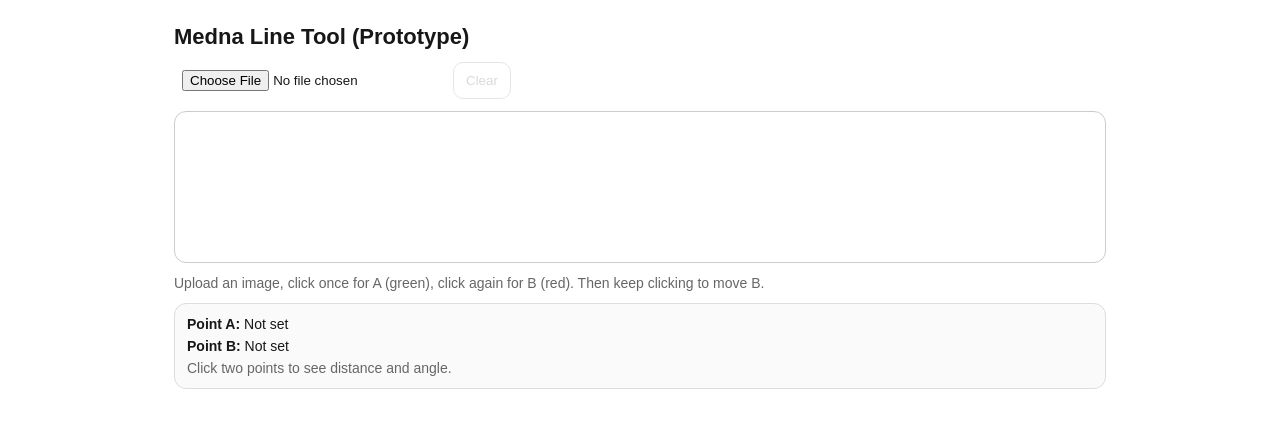
Repository: Sumaiya43/medna-tools
Page: /
An editor plug-in stored every save of this project. The page is shown before and after the next save, followed by the edit.
The browser window is 1280 px wide. The pictures show the whole page.
The project was rebuilt for these pictures with package versions that can differ from the ones it lists, and the page was loaded fresh each time. The framework's server and built-in components were replaced by stand-ins that run in the browser. Also part of the build but not shown: next.config.mjs.

Above is the page before, as saved 2026-02-26 02:59:08.

### src/app/layout.js
import { Geist, Geist_Mono } from "next/font/google";
import "./globals.css";

const geistSans = Geist({
  variable: "--font-geist-sans",
  subsets: ["latin"],
});

const geistMono = Geist_Mono({
  variable: "--font-geist-mono",
  subsets: ["latin"],
});

export const metadata = {
  title: "Medna Medical Equipment",
  description:
    "Medna Medical Equipment is a leading provider of high-quality medical equipment and supplies. We offer a wide range of products to meet the needs of healthcare professionals and institutions. Our commitment to excellence and customer satisfaction sets us apart in the industry.",
};

export default function RootLayout({ children }) {
  return (
    <html lang="en">
      <body className={`${geistSans.variable} ${geistMono.variable}`}>
        {children}
      </body>
    </html>
  );
}

### src/app/page.js
"use client";

import { useRef, useState } from "react";
import styles from "./page.module.css";

export default function Home() {
  const canvasRef = useRef(null);

  const [imgObj, setImgObj] = useState(null);
  const [A, setA] = useState(null);
  const [B, setB] = useState(null);

  // ✅ Fix click mismatch when canvas is scaled by CSS
  function getCanvasPoint(e) {
    const canvas = canvasRef.current;
    const rect = canvas.getBoundingClientRect();

    const scaleX = canvas.width / rect.width;
    const scaleY = canvas.height / rect.height;

    const x = (e.clientX - rect.left) * scaleX;
    const y = (e.clientY - rect.top) * scaleY;

    return { x, y };
  }

  // ✅ Draw image + dots + line
  function draw(image, a, b) {
    const canvas = canvasRef.current;
    if (!canvas) return;

    const ctx = canvas.getContext("2d");
    if (!ctx) return;

    canvas.width = image.width;
    canvas.height = image.height;

    ctx.clearRect(0, 0, canvas.width, canvas.height);
    ctx.drawImage(image, 0, 0);

    const dotSize = 12; // ✅ Bigger dots

    // Draw A dot (green)
    if (a) {
      ctx.beginPath();
      ctx.arc(a.x, a.y, dotSize, 0, Math.PI * 2);
      ctx.fillStyle = "#00b16a";
      ctx.fill();
    }

    // Draw B dot (red)
    if (b) {
      ctx.beginPath();
      ctx.arc(b.x, b.y, dotSize, 0, Math.PI * 2);
      ctx.fillStyle = "#ff4d4d";
      ctx.fill();
    }

    // Draw line A->B (gold)
    if (a && b) {
      ctx.beginPath();
      ctx.moveTo(a.x, a.y);
      ctx.lineTo(b.x, b.y);
      ctx.lineWidth = 4;
      ctx.strokeStyle = "#FFD166";
      ctx.stroke();
    }
  }

  function handleUpload(e) {
    const file = e.target.files?.[0];
    if (!file) return;

    const url = URL.createObjectURL(file);

    const image = new Image();
    image.onload = () => {
      setImgObj(image);
      setA(null);
      setB(null);
      draw(image, null, null);
    };
    image.src = url;
  }

  // ✅ No reset on 3rd click:
  // - click 1 sets A
  // - click 2 sets B
  // - after that, each click moves B (adjust end point)
  function handleCanvasClick(e) {
    if (!imgObj) return;

    const p = getCanvasPoint(e);

    if (!A) {
      setA(p);
      draw(imgObj, p, null);
      return;
    }

    if (!B) {
      setB(p);
      draw(imgObj, A, p);
      return;
    }

    // move B (do NOT reset)
    setB(p);
    draw(imgObj, A, p);
  }

  function clearAll() {
    if (!imgObj) return;
    setA(null);
    setB(null);
    draw(imgObj, null, null);
  }

  // calculations
  let distancePx = null;
  let angleDeg = null;

  if (A && B) {
    const dx = B.x - A.x;
    const dy = B.y - A.y;
    distancePx = Math.sqrt(dx * dx + dy * dy);
    angleDeg = (Math.atan2(dy, dx) * 180) / Math.PI;
  }

  return (
    <main className={styles.main}>
      <h1 className={styles.title}>Medna Line Tool (Prototype)</h1>

      <div className={styles.controls}>
        <input
          className={styles.upload}
          type="file"
          accept="image/*"
          onChange={handleUpload}
        />

        <button className={styles.btn} onClick={clearAll} disabled={!imgObj}>
          Clear
        </button>
      </div>

      <div className={styles.canvasBox}>
        <canvas
          ref={canvasRef}
          className={styles.canvas}
          onClick={handleCanvasClick}
        />
      </div>

      {!imgObj && (
        <p className={styles.note}>
          Upload an image, click once for A (green), click again for B (red).
          Then keep clicking to move B.
        </p>
      )}

      <div className={styles.infoBox}>
        <div>
          <b>Point A:</b>{" "}
          {A ? `${A.x.toFixed(1)}, ${A.y.toFixed(1)}` : "Not set"}
        </div>
        <div>
          <b>Point B:</b>{" "}
          {B ? `${B.x.toFixed(1)}, ${B.y.toFixed(1)}` : "Not set"}
        </div>

        {A && B ? (
          <>
            <div>
              <b>Distance:</b> {distancePx.toFixed(2)} px
            </div>
            <div>
              <b>Angle:</b> {angleDeg.toFixed(2)}°
            </div>
          </>
        ) : (
          <div className={styles.tip}>
            Click two points to see distance and angle.
          </div>
        )}
      </div>
    </main>
  );
}

### src/app/globals.css
:root {
  --background: #ffffff;
  --foreground: #171717;
}

@media (prefers-color-scheme: dark) {
  :root {
    --background: #f2efef;
    --foreground: #090808;
  }
}

html,
body {
  max-width: 100vw;
  overflow-x: hidden;
}

body {
  color: var(--foreground);
  background: var(--background);
  font-family: Arial, Helvetica, sans-serif;
  -webkit-font-smoothing: antialiased;
  -moz-osx-font-smoothing: grayscale;
}

* {
  box-sizing: border-box;
  padding: 0;
  margin: 0;
}

a {
  color: inherit;
  text-decoration: none;
}

@media (prefers-color-scheme: dark) {
  html {
    color-scheme: dark;
  }
}

### src/app/page.module.css
.main {
  max-width: 980px;
  margin: 0 auto;
  padding: 24px;
  font-family: Arial, sans-serif;
}

.title {
  margin: 0 0 12px;
  font-size: 22px;
}

.controls {
  display: flex;
  gap: 10px;
  align-items: center;
  margin-bottom: 12px;
}

.upload {
  padding: 8px;
}

.btn {
  padding: 10px 12px;
  border: 1px solid #ccc;
  border-radius: 10px;
  background: white;
  cursor: pointer;
}

.btn:disabled {
  opacity: 0.5;
  cursor: not-allowed;
}

.canvasBox {
  border: 1px solid #ccc;
  border-radius: 12px;
  overflow: auto;
  background: white;
}

.canvas {
  display: block;
  max-width: 100%;
  cursor: crosshair;
}

.note {
  margin-top: 12px;
  color: #666;
  font-size: 14px;
}

.infoBox {
  margin-top: 12px;
  padding: 12px;
  border: 1px solid #ddd;
  border-radius: 12px;
  background: #fafafa;
  display: grid;
  gap: 6px;
  font-size: 14px;
}

.tip {
  color: #666;
}

After the next save:
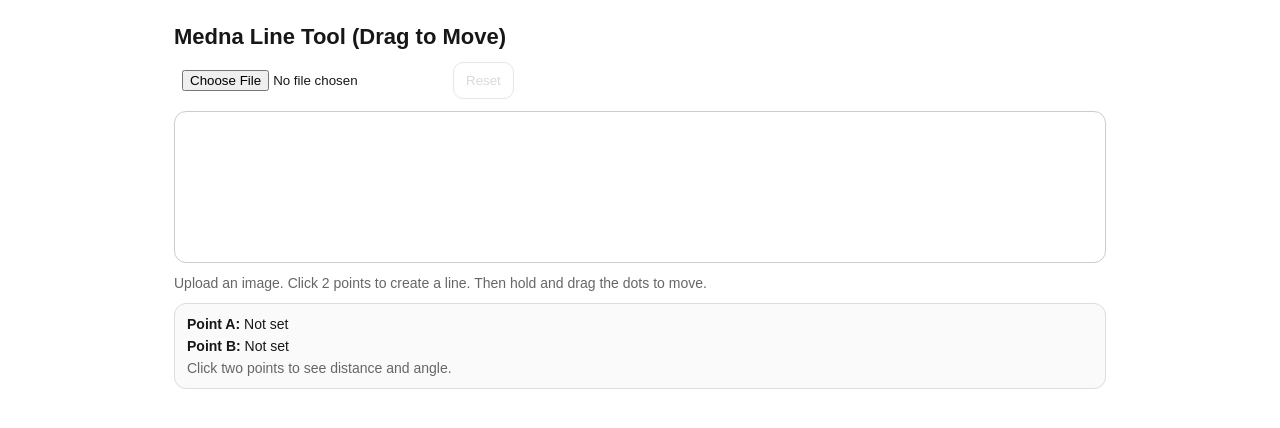
Saved 2 min 52 s later.
--- a/src/app/page.js
+++ b/src/app/page.js
@@ -9,6 +9,11 @@ export default function Home() {
   const [imgObj, setImgObj] = useState(null);
   const [A, setA] = useState(null);
   const [B, setB] = useState(null);
+
+  const [dragTarget, setDragTarget] = useState(null); // "A" | "B" | null
+
+  const dotSize = 12; // bigger dot (easy to grab)
+  const grabPadding = 6; // extra grab area
 
   // ✅ Fix click mismatch when canvas is scaled by CSS
   function getCanvasPoint(e) {
@@ -24,6 +29,19 @@ export default function Home() {
     return { x, y };
   }
 
+  // distance between two points
+  function dist(p1, p2) {
+    const dx = p1.x - p2.x;
+    const dy = p1.y - p2.y;
+    return Math.sqrt(dx * dx + dy * dy);
+  }
+
+  // check if user clicked close to a dot
+  function hitTest(point, dotCenter) {
+    if (!dotCenter) return false;
+    return dist(point, dotCenter) <= dotSize + grabPadding;
+  }
+
   // ✅ Draw image + dots + line
   function draw(image, a, b) {
     const canvas = canvasRef.current;
@@ -38,25 +56,7 @@ export default function Home() {
     ctx.clearRect(0, 0, canvas.width, canvas.height);
     ctx.drawImage(image, 0, 0);
 
-    const dotSize = 12; // ✅ Bigger dots
-
-    // Draw A dot (green)
-    if (a) {
-      ctx.beginPath();
-      ctx.arc(a.x, a.y, dotSize, 0, Math.PI * 2);
-      ctx.fillStyle = "#00b16a";
-      ctx.fill();
-    }
-
-    // Draw B dot (red)
-    if (b) {
-      ctx.beginPath();
-      ctx.arc(b.x, b.y, dotSize, 0, Math.PI * 2);
-      ctx.fillStyle = "#ff4d4d";
-      ctx.fill();
-    }
-
-    // Draw line A->B (gold)
+    // Draw line first (optional)
     if (a && b) {
       ctx.beginPath();
       ctx.moveTo(a.x, a.y);
@@ -65,6 +65,22 @@ export default function Home() {
       ctx.strokeStyle = "#FFD166";
       ctx.stroke();
     }
+
+    // Draw A dot
+    if (a) {
+      ctx.beginPath();
+      ctx.arc(a.x, a.y, dotSize, 0, Math.PI * 2);
+      ctx.fillStyle = "#00b16a";
+      ctx.fill();
+    }
+
+    // Draw B dot
+    if (b) {
+      ctx.beginPath();
+      ctx.arc(b.x, b.y, dotSize, 0, Math.PI * 2);
+      ctx.fillStyle = "#ff4d4d";
+      ctx.fill();
+    }
   }
 
   function handleUpload(e) {
@@ -78,17 +94,27 @@ export default function Home() {
       setImgObj(image);
       setA(null);
       setB(null);
+      setDragTarget(null);
       draw(image, null, null);
     };
     image.src = url;
   }
 
-  // ✅ No reset on 3rd click:
-  // - click 1 sets A
-  // - click 2 sets B
-  // - after that, each click moves B (adjust end point)
+  // ✅ Reset button: clear line + points (keep image)
+  function resetLine() {
+    if (!imgObj) return;
+    setA(null);
+    setB(null);
+    setDragTarget(null);
+    draw(imgObj, null, null);
+  }
+
+  // ✅ Click sets points if not set yet
   function handleCanvasClick(e) {
     if (!imgObj) return;
+
+    // If user is dragging, ignore click event
+    if (dragTarget) return;
 
     const p = getCanvasPoint(e);
 
@@ -104,19 +130,52 @@ export default function Home() {
       return;
     }
 
-    // move B (do NOT reset)
-    setB(p);
-    draw(imgObj, A, p);
-  }
-
-  function clearAll() {
-    if (!imgObj) return;
-    setA(null);
-    setB(null);
-    draw(imgObj, null, null);
-  }
-
-  // calculations
+    // If both already exist, do nothing on normal click
+    // (because now we want "hold & move" instead)
+  }
+
+  // ✅ Start drag when mouse down near A or B
+  function handleMouseDown(e) {
+    if (!imgObj) return;
+    if (!A && !B) return;
+
+    const p = getCanvasPoint(e);
+
+    if (hitTest(p, A)) {
+      setDragTarget("A");
+      return;
+    }
+    if (hitTest(p, B)) {
+      setDragTarget("B");
+      return;
+    }
+  }
+
+  // ✅ While dragging, update the selected point
+  function handleMouseMove(e) {
+    if (!imgObj) return;
+    if (!dragTarget) return;
+
+    const p = getCanvasPoint(e);
+
+    if (dragTarget === "A") {
+      setA(p);
+      draw(imgObj, p, B);
+    }
+
+    if (dragTarget === "B") {
+      setB(p);
+      draw(imgObj, A, p);
+    }
+  }
+
+  // ✅ Stop drag
+  function handleMouseUp() {
+    if (!dragTarget) return;
+    setDragTarget(null);
+  }
+
+  // Calculations
   let distancePx = null;
   let angleDeg = null;
 
@@ -129,7 +188,7 @@ export default function Home() {
 
   return (
     <main className={styles.main}>
-      <h1 className={styles.title}>Medna Line Tool (Prototype)</h1>
+      <h1 className={styles.title}>Medna Line Tool (Drag to Move)</h1>
 
       <div className={styles.controls}>
         <input
@@ -139,8 +198,8 @@ export default function Home() {
           onChange={handleUpload}
         />
 
-        <button className={styles.btn} onClick={clearAll} disabled={!imgObj}>
-          Clear
+        <button className={styles.btn} onClick={resetLine} disabled={!imgObj}>
+          Reset
         </button>
       </div>
 
@@ -149,13 +208,17 @@ export default function Home() {
           ref={canvasRef}
           className={styles.canvas}
           onClick={handleCanvasClick}
+          onMouseDown={handleMouseDown}
+          onMouseMove={handleMouseMove}
+          onMouseUp={handleMouseUp}
+          onMouseLeave={handleMouseUp}
         />
       </div>
 
       {!imgObj && (
         <p className={styles.note}>
-          Upload an image, click once for A (green), click again for B (red).
-          Then keep clicking to move B.
+          Upload an image. Click 2 points to create a line. Then hold and drag
+          the dots to move.
         </p>
       )}
 
@@ -176,6 +239,9 @@ export default function Home() {
             </div>
             <div>
               <b>Angle:</b> {angleDeg.toFixed(2)}°
+            </div>
+            <div className={styles.tip}>
+              Tip: hold the green/red dot and drag to adjust.
             </div>
           </>
         ) : (
